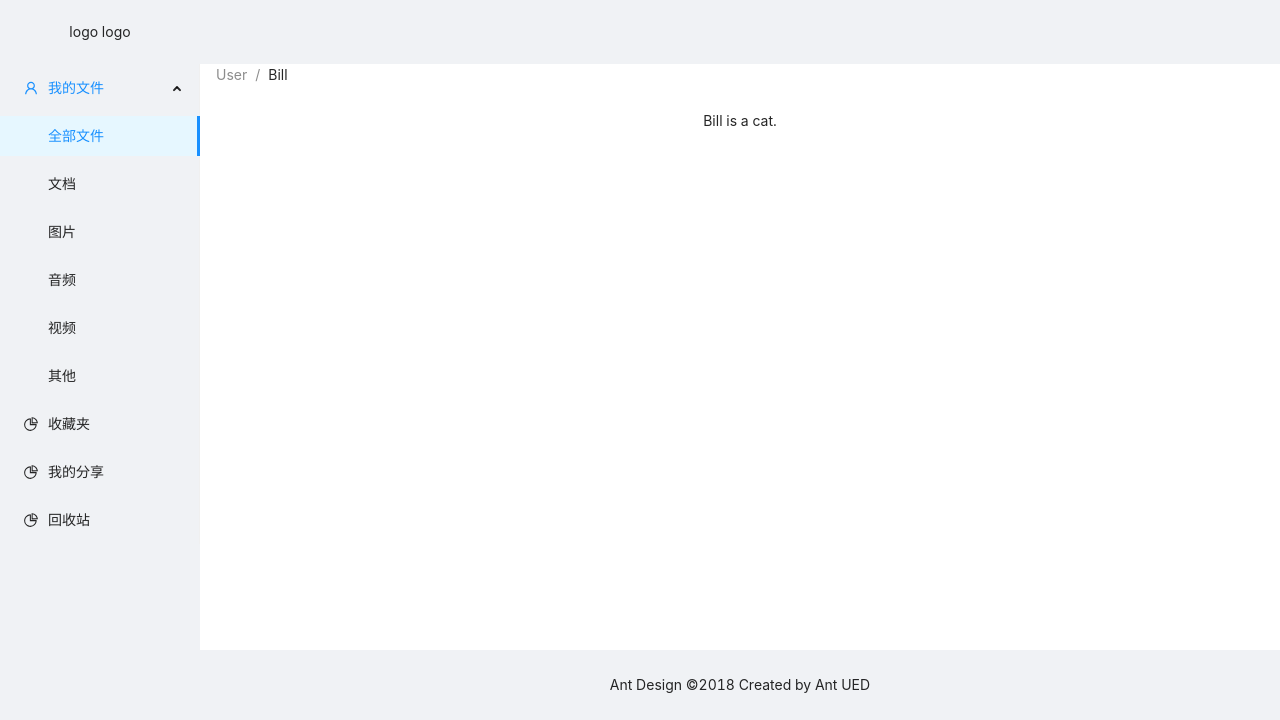
Repository: xstnet/starfire-cloud-fe
Page: /
The author's editor kept a copy of each file at every save. The page is drawn from the files as they stood at one save, then again after the next save.
The browser window is 1280 px wide. The pictures show the whole page.
The project was rebuilt for these pictures with package versions that can differ from the ones it lists, and the page was loaded fresh each time. Also part of the build but not shown: craco.config.js.

Above is the page before, as saved 2021-09-12 19:21:36.

After the next save:
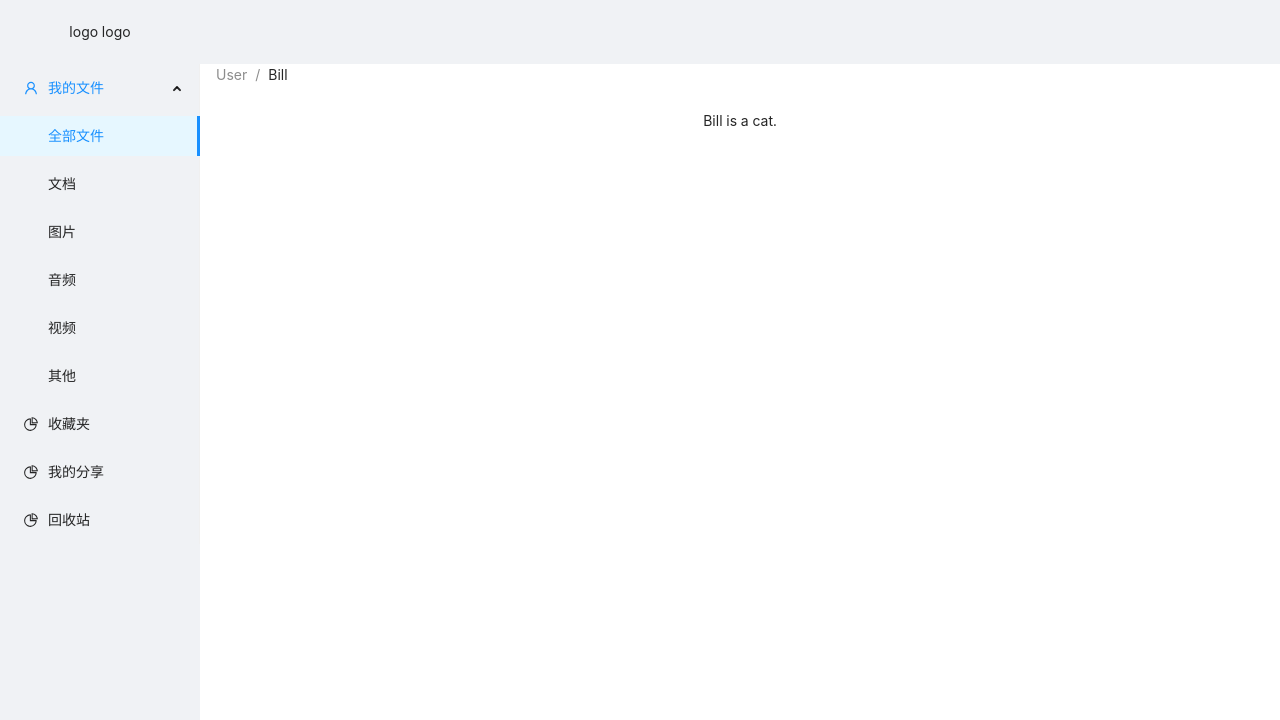
Saved 35 s later.
--- a/src/page/layout/main.jsx
+++ b/src/page/layout/main.jsx
@@ -54,7 +54,7 @@ class MainLayout extends React.Component {
               Bill is a cat.
             </div>
           </Content>
-          <Footer style={{ textAlign: 'center' }}>Ant Design ©2018 Created by Ant UED</Footer>
+          {/* <Footer style={{ textAlign: 'center' }}>Ant Design ©2018 Created by Ant UED</Footer> */}
         </Layout>
       </Layout>
     );
